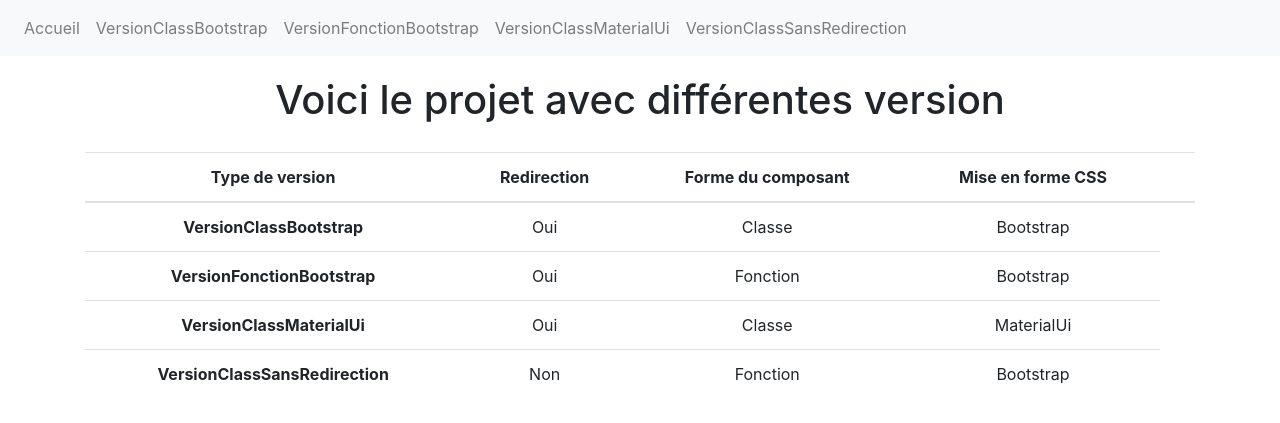
Repository: LudovicB21/CountryTest
Page: /
An editor plug-in stored every save of this project. The page is shown before and after the next save, followed by the edit.
The browser window is 1280 px wide. The pictures show the whole page.
The project was rebuilt for these pictures with package versions that can differ from the ones it lists, and the page was loaded fresh each time. Also part of the build but not shown: src/components/VersionClassBootstrap/ListPays.components.js, src/components/VersionClassMaterialUi/ListPays.components.js, src/components/VersionFonctionBoostrap/ListPays.components.js, src/components/VersionSansRedirection/ListPays.component.js, src/components/VersionClassBootstrap/InfoPays.components.js, src/components/VersionClassMaterialUi/InfoPays.components.js, src/components/VersionFonctionBoostrap/InfoPays.components.js.

Above is the page before, as saved 2020-10-29 13:34:14.

After the next save:
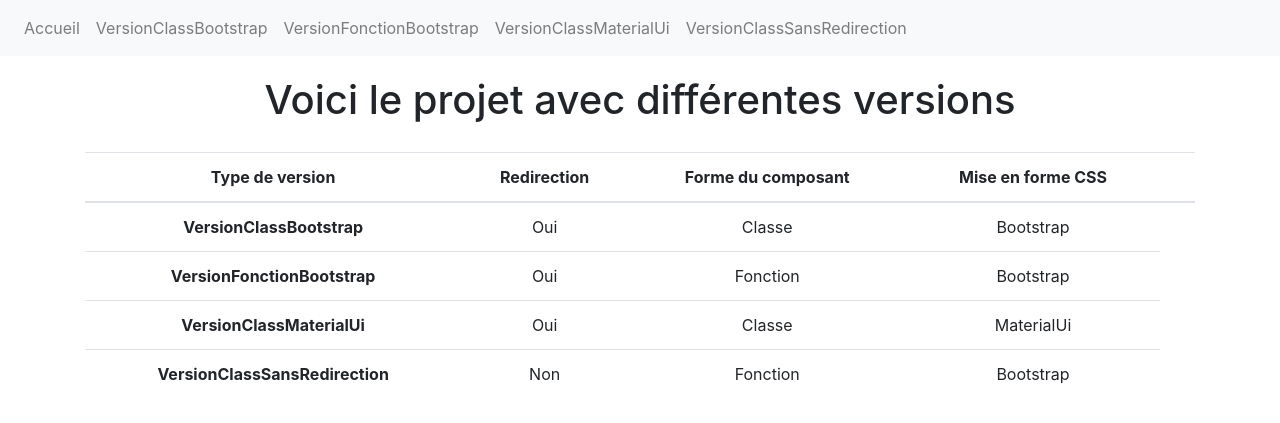
Saved 10 s later.
--- a/src/components/Accueil.js
+++ b/src/components/Accueil.js
@@ -4,7 +4,7 @@ class Accueil extends Component {
     render() {
         return (
             <div className="container">
-                <h1 style={{padding: "20px"}}> Voici le projet avec différentes version  </h1>
+                <h1 style={{padding: "20px"}}> Voici le projet avec différentes versions  </h1>
                 <table class="table">
                     <thead>
                         <tr>
